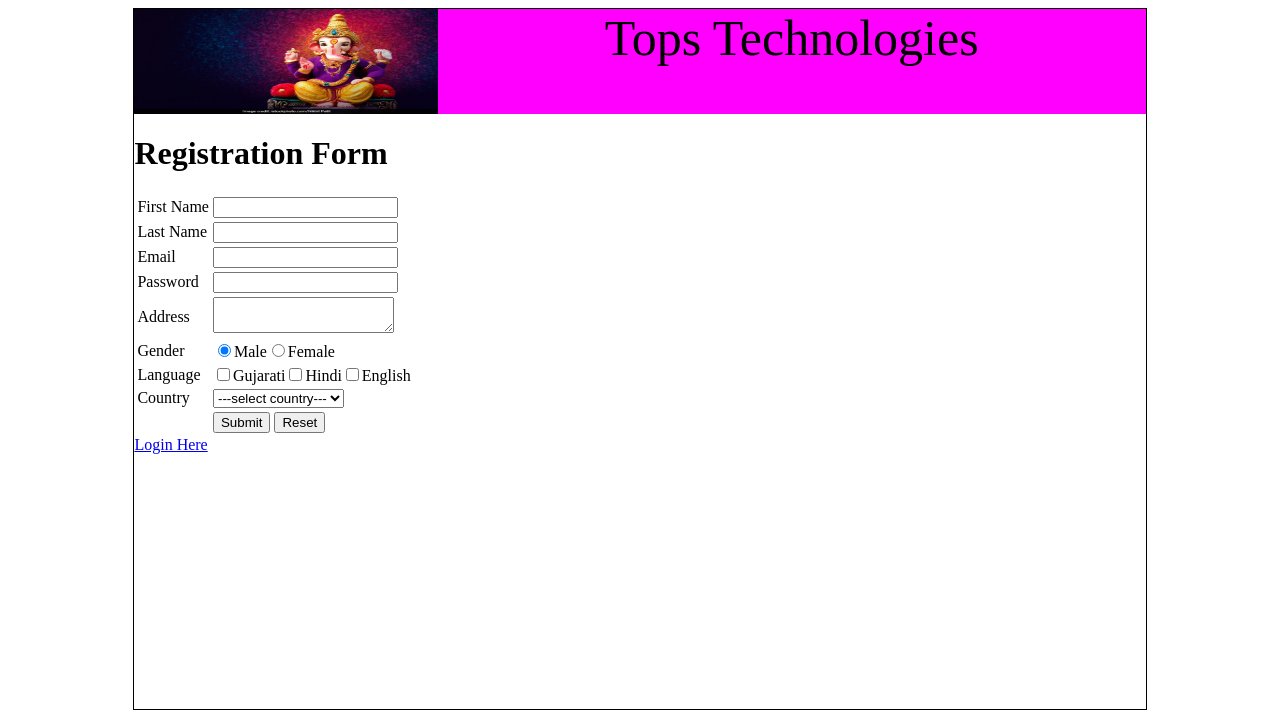
Repository: Laxman877/MyWorkspace
Page: Corejava/Learning_Web/src/main/webapp/division.html
The author's editor kept a copy of each file at every save. The page is drawn from the files as they stood at one save, then again after the next save.
The browser window is 1280 px wide. The pictures show the whole page.

Above is the page before, as saved 2022-04-27 05:39:32.

After the next save:
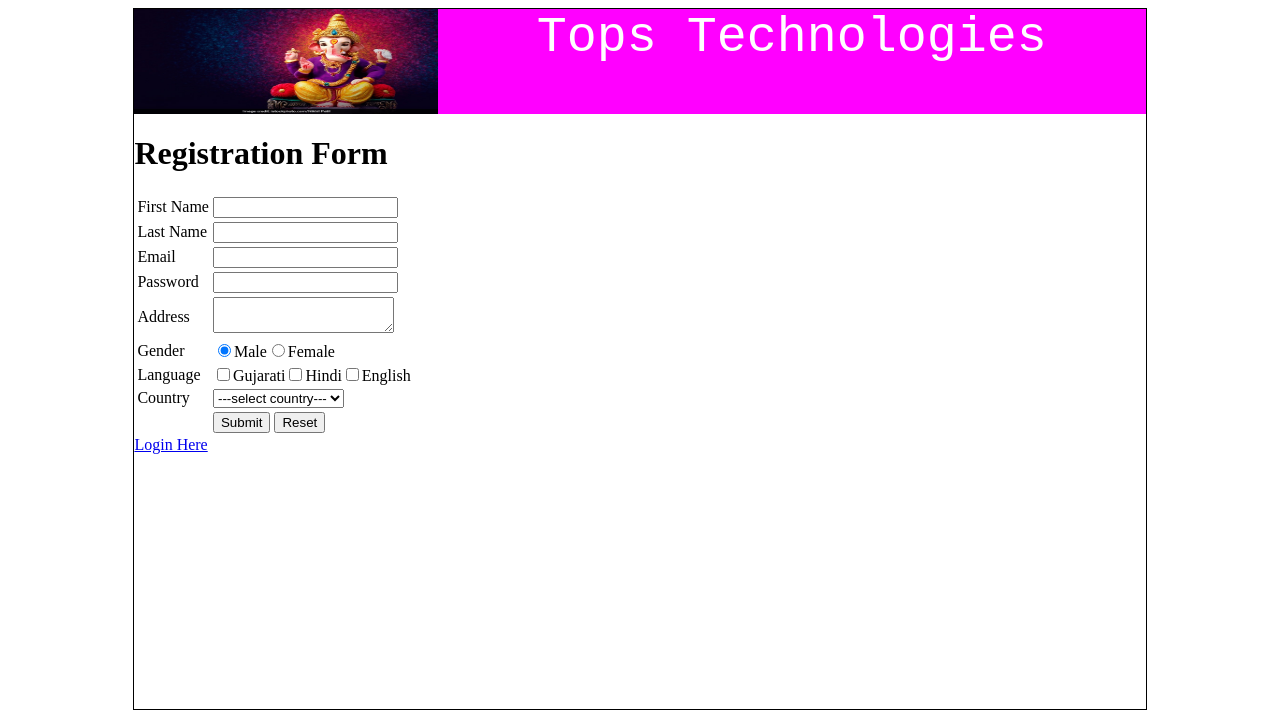
Saved 28 s later.
--- a/Corejava/Learning_Web/src/main/webapp/css/style1.css
+++ b/Corejava/Learning_Web/src/main/webapp/css/style1.css
@@ -27,5 +27,6 @@
 	float: right;
 	font-size: 50px;
 	text-align: center;
-
+	color: white;
+	font-family: monospace;
 }
